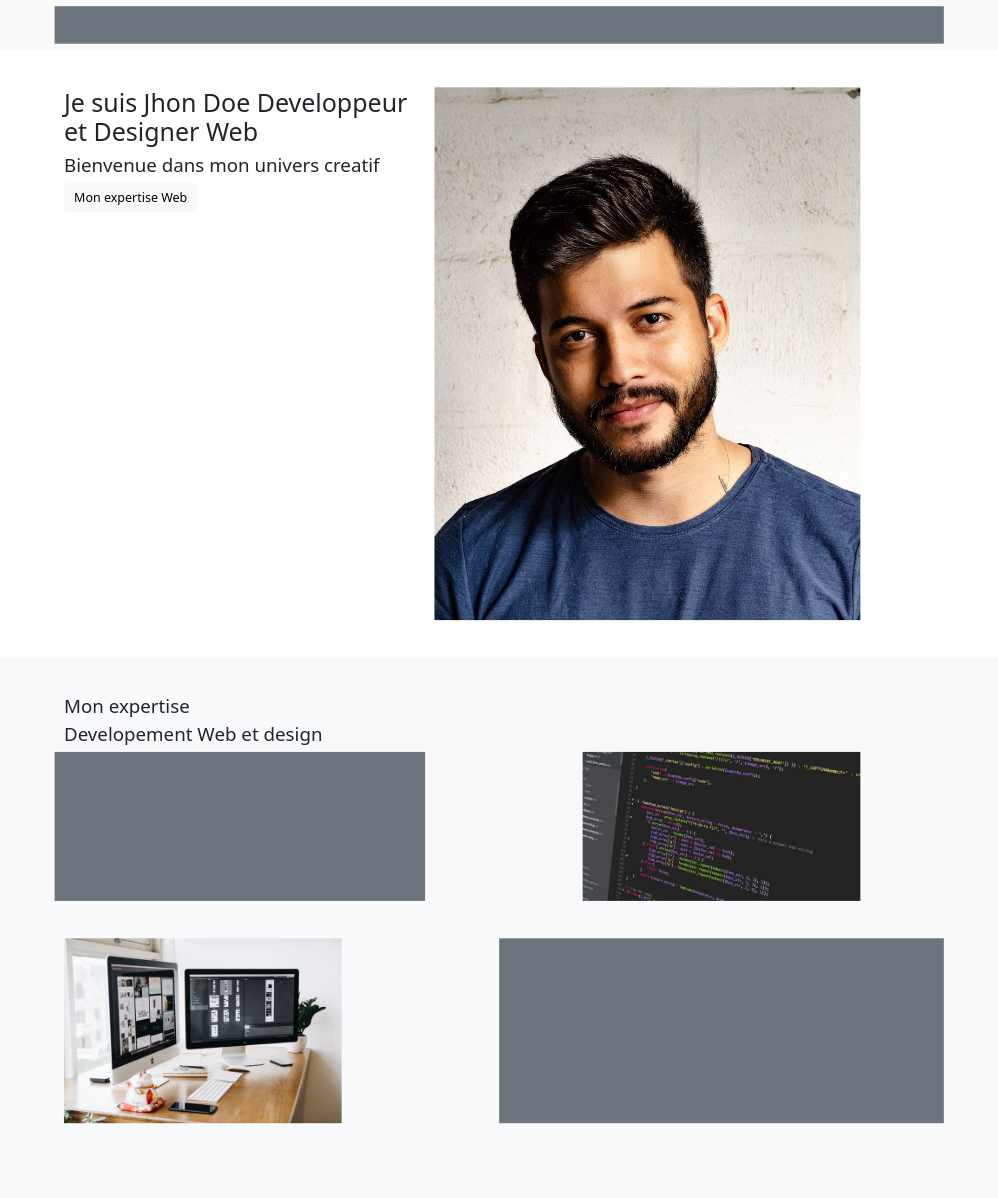
Repository: wadelfadill/Bootstrap_tache_1_portfolio
Page: index.html
The author's editor kept a copy of each file at every save. The page is drawn from the files as they stood at one save, then again after the next save.
The browser window is 1280 px wide. The pictures show the whole page, at 78% of full size.

Above is the page before, as saved 2023-03-27 12:35:47.

### index.html
<!DOCTYPE html>
<html lang="en">
<head>
    <meta charset="UTF-8">
    <meta http-equiv="X-UA-Compatible" content="IE=edge">
    <meta name="viewport" content="width=device-width, initial-scale=1.0">
    <title>Portfolio_Bootstrap</title>
    <link href="https://cdn.jsdelivr.net/npm/bootstrap@5.3.0-alpha2/dist/css/bootstrap.min.css" rel="stylesheet" integrity="sha384-aFq/bzH65dt+w6FI2ooMVUpc+21e0SRygnTpmBvdBgSdnuTN7QbdgL+OapgHtvPp" crossorigin="anonymous">
    <link rel="stylesheet" href="style.css">
</head>
<body>
    <header>
        <nav class="navbar bg-light container-fluid">
            <div class="container bg-secondary py-4">

            </div>
        </nav>
    </header>
    <main>
        <section class="my-5">
            <div class="container">
                <div class="row">
                    <div class="col-5">
                        <p class="h2">Je suis Jhon Doe Developpeur et Designer Web</p>
                        <p class="h4">Bienvenue dans mon univers creatif</p>
                        <a class="btn btn-light" href="#" role="button">Mon expertise Web</a>

                    </div>
                    <div class="col-6">
                        <img src="img/portrait.jpg" alt="profile de Jhon Doe" class="w-100">
                    </div>
                </div>
            </div>
        </section>
        <section>
            <div class="container-fluid bg-light py-5 mt-5">
                <div class="container ">
                 <p class="h4">Mon expertise</p>
                 <p class="h4">Developement Web et design</p>
                <div class="row">
                    <div class="col-5 bg-secondary">

                    </div>
                    <div class="col-2"></div>
                    <div class="col-4">
                        <img src="img/code.jpg" alt="" class="w-100">
                    </div>
                </div>
                <div class="row my-5">
                    <div class="col-4">
                        <img src="img/design.jpg" alt="" class="w-100">
                    </div>
                    <div class="col-2"></div>
                    <div class="col-6 bg-secondary">

                    </div>
                </div>
             </div>
        </section>
        <section></section>
        <section></section>
    </main>



</body>
</html>

Loaded but not shown: style.css (no stored copy; drawn as an empty file)

After the next save:
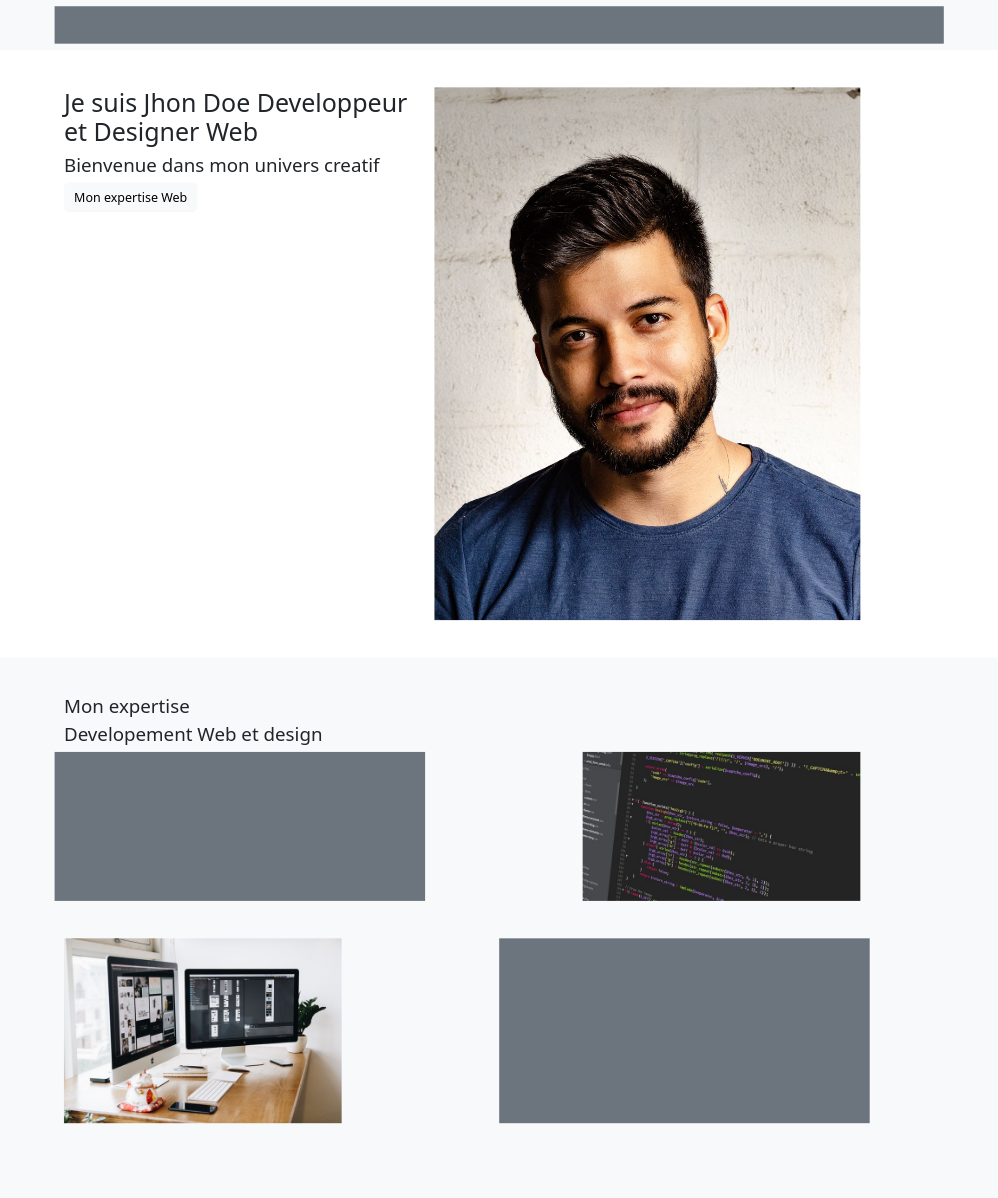
Saved 18 s later.
--- a/index.html
+++ b/index.html
@@ -51,7 +51,7 @@
                         <img src="img/design.jpg" alt="" class="w-100">
                     </div>
                     <div class="col-2"></div>
-                    <div class="col-6 bg-secondary">
+                    <div class="col-5 bg-secondary">
 
                     </div>
                 </div>
